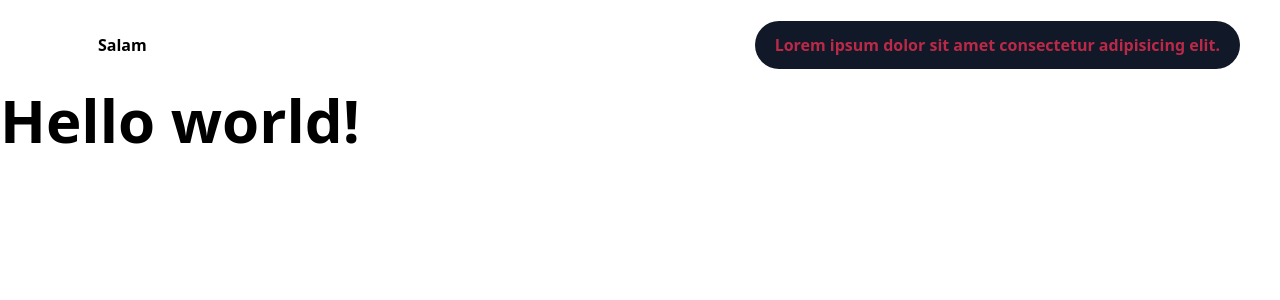
Repository: khaled-m1/Blog-Next.js
Page: /
An editor plug-in stored every save of this project. The page is shown before and after a run of saves, followed by the edit.
The browser window is 1280 px wide. The pictures show the whole page.
The project was rebuilt for these pictures with package versions that can differ from the ones it lists, and the page was loaded fresh each time. The framework's server and built-in components were replaced by stand-ins that run in the browser. Also part of the build but not shown: next.config.js.

Above is the page before, as saved 2023-01-15 23:39:33.

After the next 3 saves:
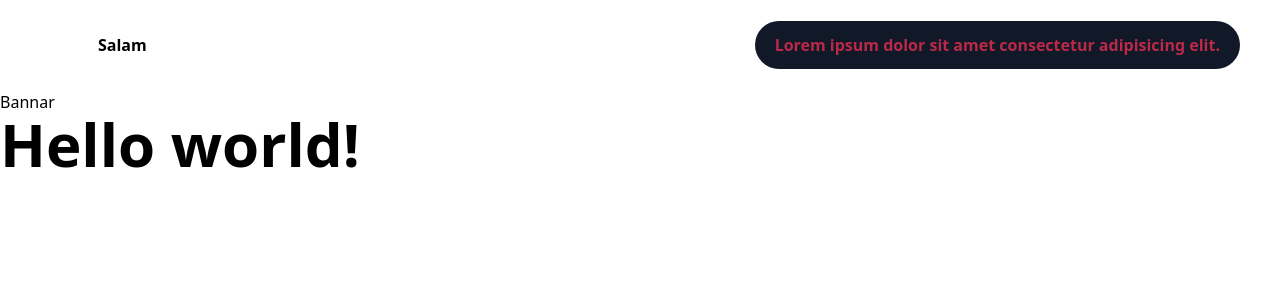
The 3 saves are shown as one change because they came seconds apart.
The last was saved 7 s later.
--- a/app/(user)/layout.tsx
+++ b/app/(user)/layout.tsx
@@ -1,3 +1,4 @@
+import { Bannar } from "../../components/Bannar";
 import Header from "../../components/Header";
 import "../../styles/globals.css";
 
@@ -8,10 +9,9 @@ export default function RootLayout({
 }) {
   return (
     <html>
-
       <body>
-      <Header />
-
+        <Header />
+        <Bannar />
         {children}
       </body>
     </html>
